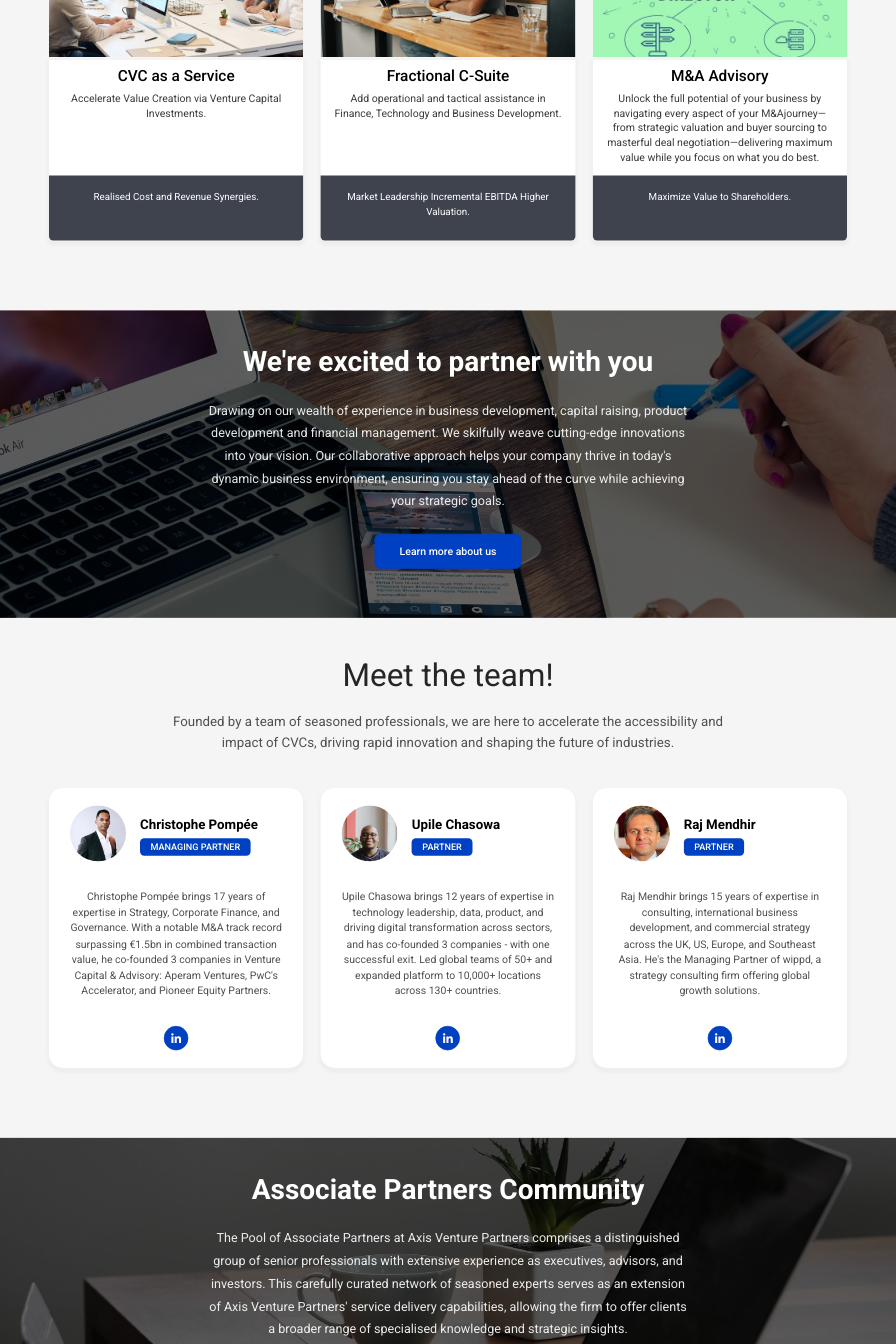
Repository: uchasowa/axisventures
Page: index.html
An editor plug-in stored every save of this project. The page is shown before and after the next save, followed by the edit.
The browser window is 1280 px wide. The pictures show the part of the page from y = 1092 to 3012 px (the page is 3466 px tall before and 3521 px after), at 70% of full size.
Some web libraries are served in a nearby version.

Above is the page before, as saved 2025-07-01 19:21:26.

### index.html
<!DOCTYPE html>
<html lang="en">

<head>
    <meta charset="UTF-8">
    <meta http-equiv="X-UA-Compatible" content="IE=edge">
    <meta name="viewport" content="width=device-width, initial-scale=1.0">
    <title>Axis Venture Partners - Unlocking Growth Opportunities</title>
    <meta name="description" content="At Axis Venture Partners, we create value through expertise, commitment, and a hands-on approach. We specialize in corporate innovation and venture advisory services to help corporations achieve their strategic goals."/>

    <meta property="og:title" content="Axis Venture Partners - Unlocking Growth Opportunities"/>
    <meta property="og:description" content="Axis Venture Partners is a UK-based firm specializing in corporate innovation and venture advisory services, focusing on venture capital investments and supporting scale-up companies to realize their growth potential."/>
    <meta property="og:image" content="https://axisventurepartners.com/assets/logo.jpeg"/>
    <meta property="og:url" content="https://axisventurepartners.com/"/>
    <meta property="og:type" content="website"/>

    <meta name="twitter:title" content="Axis Venture Partners - Unlocking Growth Opportunities"/>
    <meta name="twitter:description" content="We provide CVC as a Service, Fractional C-Suite, and Non-Executive Director services to drive innovation and growth for our partners."/>
    <meta name="twitter:image" content="https://axisventurepartners.com//assets/logo.jpeg"/>
    <meta name="twitter:card" content="summary_large_image"/>

    <!-- Preconnect to external domains for performance -->
    <link rel="preconnect" href="https://fonts.googleapis.com"/>
    <link rel="preconnect" href="https://fonts.gstatic.com" crossorigin/>
    <link rel="preconnect" href="https://kit.fontawesome.com"/>

    <!-- Favicon -->
    <link rel="shortcut icon" href="https://axisventurepartners.com/assets/favicon.ico" type="image/x-icon"/>
    <link rel="icon" type="image/x-icon" href="assets/favicon.ico">

    <!-- Main CSS -->
    <link rel="stylesheet" href="./css/style.css">

    <!-- Font Awesome -->
    <script src="https://kit.fontawesome.com/49f02d4a75.js" crossorigin="anonymous"></script>

    <!-- Animation CSS -->
    <link rel="stylesheet" href="./css/animate.min.css">

    <!-- Theme color for mobile browsers -->
    <meta name="theme-color" content="#2563eb">

    <!-- Additional meta tags for better SEO and social sharing -->
    <meta name="keywords" content="venture capital, corporate innovation, CVC, fractional C-suite, M&A advisory, business growth, startup investment">
    <meta name="author" content="Axis Venture Partners">
    <meta name="robots" content="index, follow">

    <!-- Structured data for better SEO -->
    <script type="application/ld+json">
    {
        "@context": "https://schema.org",
        "@type": "Organization",
        "name": "Axis Venture Partners",
        "url": "https://axisventurepartners.com",
        "logo": "https://axisventurepartners.com/assets/logo.jpeg",
        "description": "UK-based firm specializing in corporate innovation and venture advisory services",
        "address": {
            "@type": "PostalAddress",
            "streetAddress": "1 St. Katharines Way",
            "addressLocality": "London",
            "postalCode": "E1W 1UN",
            "addressCountry": "GB"
        },
        "sameAs": [
            "https://www.linkedin.com/company/axis-venture-partners/"
        ]
    }
    </script>

</head>

<body>
    <!-- Start header -->
    <header>
        <div class="container">
           <div class="logo">
                <img src="./assets/logo.jpeg" alt="Axis Venture Partners Logo">
            </div>
            <a href="https://2f7evz.share-eu1.hsforms.com/2scI3GD3BTHCDbXn-jbSilg" aria-label="Contact Us">
                <span>Contact Us</span>
                <i class="fa-solid fa-phone-volume" aria-hidden="true"></i>
            </a>
        </div>
    </header>
    <!-- End header -->

    <!-- Start Section heroBanner  -->
    <section class="landing" aria-label="Hero Banner">
        <div class="container">
            <div class="content wow animate__fadeInUp" data-wow-duration="0.8s">
                <h1>Unlocking Growth Opportunities</h1>
                <p><span>At Axis Venture Partners</span> we create value through expertise, commitment, hands on
                    approach and
                    ecosystem building.</p>
                <a href="https://2f7evz.share-eu1.hsforms.com/2scI3GD3BTHCDbXn-jbSilg" class="cta-button">Get in touch with us</a>
            </div>
        </div>
    </section>
    <!-- End Section heroBanner  -->

    <!-- Start Section What We Do -->
    <section class="whatWeDo" aria-label="Our Services">
        <div class="container">
            <div class="title wow animate__fadeInUp" data-wow-duration="0.8s">
                <h1>Here's what we do.</h1>
                <p>
                    <span>Axis Venture Partners</span>
                    is a UK-based firm specialising in corporate innovation and venture advisory
                    services. We focus on helping corporations achieve their strategic goals through venture capital
                    investments while supporting scale-up companies in realising their growth potential.
                </p>
            </div>
            <div class="boxes">
                <article class="box wow animate__fadeInUp" data-wow-duration="0.8s">
                    <div class="image">
                        <img src="./assets/image1.jpg" alt="CVC as a Service illustration">
                    </div>
                    <div class="text">
                        <h2>CVC as a Service</h2>
                        <span>Accelerate Value Creation via Venture Capital Investments.</span>
                        <div class="footer">
                            <p>Realised Cost and Revenue Synergies.</p>
                        </div>
                    </div>
                </article>
                <article class="box wow animate__fadeInUp" data-wow-duration="1.2s">
                    <div class="image">
                        <img src="./assets/image2.jpg" alt="Fractional C-Suite illustration">
                    </div>
                    <div class="text">
                        <h2>Fractional C-Suite</h2>
                        <span>Add operational and tactical assistance in Finance, Technology and Business
                            Development.</span>
                        <div class="footer">
                            <p>Market Leadership Incremental EBITDA Higher Valuation.</p>
                        </div>
                    </div>
                </article>
                <article class="box wow animate__fadeInUp" data-wow-duration="1.6s" style="position:relative;">
                    <a href="ma-advisory.html" style="position:absolute;top:0;left:0;width:100%;height:100%;z-index:2;text-decoration:none;color:inherit;"></a>
                    <div class="image">
                        <img src="./assets/image3.jpg" alt="M&A Advisory illustration">
                    </div>
                    <div class="text">
                        <h2>M&A Advisory</h2>
                        <span>Unlock the full potential of your business by navigating every aspect of your M&Ajourney—from strategic valuation and buyer sourcing to masterful deal
                            negotiation—delivering maximum value while you focus on what you do best. </span>
                        <div class="footer">
                            <p>Maximize Value to Shareholders.</p>
                        </div>
                    </div>
                </article>
            </div>

        </div>
    </section>
    <!-- End Section What We Do -->

    <!-- Start Section Partner -->
    <section class="partner" aria-label="Partnership">
        <div class="container">
            <div class="content  wow animate__fadeInUp" data-wow-duration="0.8s">
                <h1>We're excited to partner with you</h1>
                <p>Drawing on our wealth of experience in business development, capital raising, product development and
                    financial management. We skilfully weave cutting-edge innovations into your vision. Our
                    collaborative approach helps your company thrive in today's dynamic business environment, ensuring
                    you stay ahead of the curve while achieving your strategic goals.
                </p>
                <a href="https://2f7evz.share-eu1.hsforms.com/2scI3GD3BTHCDbXn-jbSilg" class="cta-button">Learn more about us</a>
            </div>
        </div>
    </section>
    <!-- End Section Partner -->

    <!-- Start Section Team -->
    <section class="team" aria-label="Our Team">
        <div class="container">
            <div class="title wow animate__fadeInUp" data-wow-duration="0.8s">
                <h1>Meet the team!</h1>
                <p>Founded by a team of seasoned professionals, we are here to accelerate the accessibility and impact
                    of CVCs, driving rapid innovation and shaping the future of industries.</p>
            </div>
            <div class="boxes">
                <article class="box wow animate__fadeInUp" data-wow-duration="0.8s">
                    <div class="top">
                        <div class="image">
                            <img src="./assets/member_1.jpeg" alt="Christophe Pompée - Managing Partner">
                        </div>
                        <div class="text">
                            <h3>Christophe Pompée</h3>
                            <span>Managing partner</span>
                        </div>
                    </div>

                    <p>Christophe Pompée brings 17 years of expertise in Strategy, Corporate Finance, and Governance.
                        With a notable M&A track record surpassing €1.5bn in combined transaction value, he co-founded 3
                        companies in Venture Capital & Advisory: Aperam Ventures, PwC's Accelerator, and Pioneer Equity
                        Partners.</p>

                    <div class="links">
                        <a href="https://www.linkedin.com/in/christophe-pompee-1b72145/" aria-label="Connect with Christophe Pompée on LinkedIn">
                            <i class="fa-brands fa-linkedin-in" aria-hidden="true"></i>
                        </a>
                    </div>
                </article>
                <article class="box wow animate__fadeInUp" data-wow-duration="1.2s">
                    <div class="top">
                        <div class="image">
                            <img src="./assets/member-2.jpeg" alt="Upile Chasowa - Partner">
                        </div>
                        <div class="text">
                            <h3>Upile Chasowa</h3>
                            <span>Partner</span>
                        </div>
                    </div>
                    <p>Upile Chasowa brings 12 years of expertise in technology leadership, data, product, and driving
                        digital transformation across sectors, and has co-founded 3 companies - with one successful
                        exit. Led global teams of 50+ and expanded platform to 10,000+ locations across 130+ countries.
                    </p>

                    <div class="links">
                        <a href="https://www.linkedin.com/in/upilechasowa/" aria-label="Connect with Upile Chasowa on LinkedIn">
                            <i class="fa-brands fa-linkedin-in" aria-hidden="true"></i>
                        </a>
                    </div>
                </article>
                <article class="box wow animate__fadeInUp" data-wow-duration="1.5s">
                    <div class="top">
                        <div class="image">
                            <img src="./assets/member_3.jpeg" alt="Raj Mendhir - Partner">
                        </div>
                        <div class="text">
                            <h3>Raj Mendhir</h3>
                            <span>Partner</span>
                        </div>
                    </div>

                    <p>Raj Mendhir brings 15 years of expertise in consulting, international business development, and
                        commercial strategy across the UK, US, Europe, and Southeast Asia. He's the Managing Partner of
                        wippd, a strategy consulting firm offering global growth solutions.
                    </p>
                    <div class="links">
                        <a href="https://www.linkedin.com/in/rajmendhir/" aria-label="Connect with Raj Mendhir on LinkedIn">
                            <i class="fa-brands fa-linkedin-in" aria-hidden="true"></i>
                        </a>
                    </div>
                </article>
            </div>
        </div>
    </section>
    <!-- End Section Team -->

    <!-- Start Section Community -->
    <section class="community" aria-label="Associate Partners Community">
        <div class="container">
            <div class="content  wow animate__fadeInUp" data-wow-duration="0.8s">
                <h1>Associate Partners Community</h1>
                <p>The Pool of Associate Partners at Axis Venture Partners comprises a distinguished group of senior
                    professionals with extensive experience as executives, advisors, and investors. This carefully
                    curated
                    network of seasoned experts serves as an extension of Axis Venture Partners' service delivery
                    capabilities, allowing the firm to offer clients a broader range of specialised knowledge and
                    strategic
                    insights.
                </p>
                <a href="https://2f7evz.share-eu1.hsforms.com/2scI3GD3BTHCDbXn-jbSilg" class="cta-button">Apply to become an Associate Partner</a>
            </div>
        </div>
    </section>
    <!-- End Section Community -->

    <!-- Start Section Footer -->
    <footer>
        <div class="container">
            <div class="grid">
                <div class="logo">
                    <img src="./assets/logo.jpeg" alt="Axis Venture Partners Logo">
                </div>
                <div class="boxOne">
                    <h3>CONTACT US</h3>
                    <ul>
                        <li>
                            <a href="#" aria-label="Our office location">
                                <i class="fa-solid fa-location-dot" aria-hidden="true"></i>
                                <p>International House
                                    1 St. Katharines Way
                                    London, E1W 1UN</p>
                            </a>

                        </li>
                          <li>
                            <a href="https://www.linkedin.com/company/axis-venture-partners/" aria-label="Follow us on LinkedIn">
                                <i class="fa-brands fa-linkedin-in" aria-hidden="true"></i>
                               <p>LinkedIn</p>
                            </a>

                        </li>
                    </ul>
                </div>
                <div class="boxTwo">
                    <h3>About</h3>
                    <div class="links">
                        <a href="./terms-conditions.html">Terms & Conditions</a>
                        <a href="./privacy-policy.html">Privacy policy</a>
                    </div>
                </div>
            </div>
        </div>
        <div class="copyRight">
            <p>Copyright © 2024 AXIS VENTURE PARTNERS LTD | Company Number: 16063555 </p>
        </div>
    </footer>
    <!-- End Section Footer -->

    <!-- Button Scroll -->
    <button class="buttonScroll" aria-label="Scroll to top">
        <i class="fa-solid fa-angles-up" aria-hidden="true"></i>
    </button>
    <!-- Button Scroll -->

    <!-- File WOWJs Script -->
    <script src="./js/wow.min.js"></script>
    <script>
        // WOW JS
        new WOW().init();

        // Scroll to top functionality
        let buttonScroll = document.querySelector(".buttonScroll");

        // Event handler for buttonScroll click event
        buttonScroll.onclick = function () {
            // Scroll to the top of the page smoothly when buttonScroll is clicked
            window.scrollTo({ top: 0, behavior: "smooth" });
        };

        // Event handler for window scroll event
        window.onscroll = function () {
            // If the vertical scroll position is greater than or equal to 400 pixels
            if (window.scrollY >= 400) {
                // Make the buttonScroll visible
                buttonScroll.style.opacity = "1";
                buttonScroll.style.pointerEvents = "auto";
            } else {
                // Otherwise, hide the buttonScroll
                buttonScroll.style.opacity = "0";
                buttonScroll.style.pointerEvents = "none";
            }
        };

        // Add smooth scrolling for all internal links
        document.querySelectorAll('a[href^="#"]').forEach(anchor => {
            anchor.addEventListener('click', function (e) {
                e.preventDefault();
                const target = document.querySelector(this.getAttribute('href'));
                if (target) {
                    target.scrollIntoView({
                        behavior: 'smooth',
                        block: 'start'
                    });
                }
            });
        });
    </script>
</body>

</html>

Loaded but not shown: css/animate.min.css (library); js/wow.min.js (library); css/style.css (718 lines, source omitted)

After the next save:
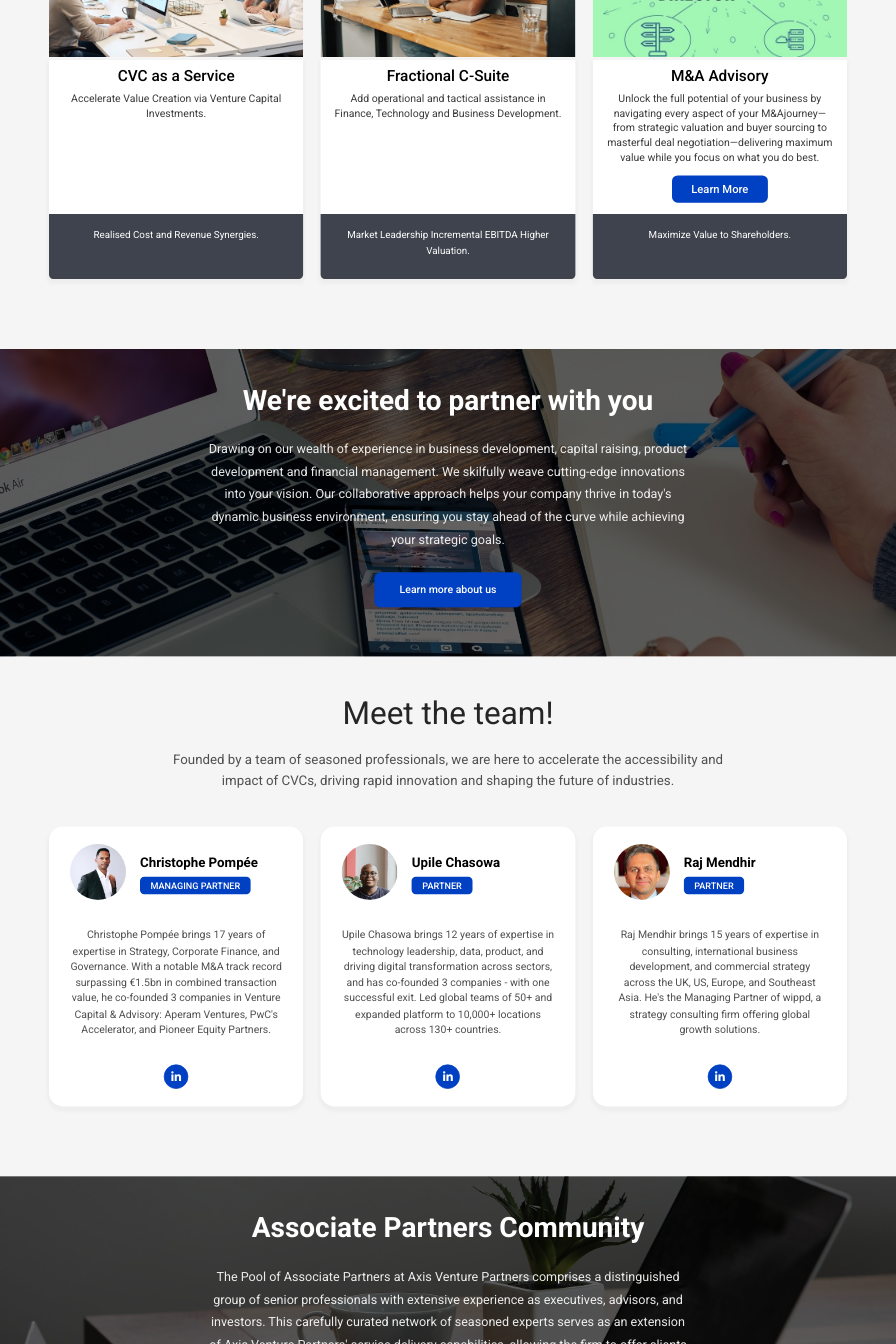
Saved 2 min 5 s later.
--- a/index.html
+++ b/index.html
@@ -145,6 +145,7 @@
                         <h2>M&A Advisory</h2>
                         <span>Unlock the full potential of your business by navigating every aspect of your M&Ajourney—from strategic valuation and buyer sourcing to masterful deal
                             negotiation—delivering maximum value while you focus on what you do best. </span>
+                        <a href="ma-advisory.html" style="display:block;width:fit-content;margin:0 auto 16px auto;padding:10px 28px;background:#0040c2;color:#fff;border-radius:8px;text-decoration:none;font-weight:500;">Learn More</a>
                         <div class="footer">
                             <p>Maximize Value to Shareholders.</p>
                         </div>
